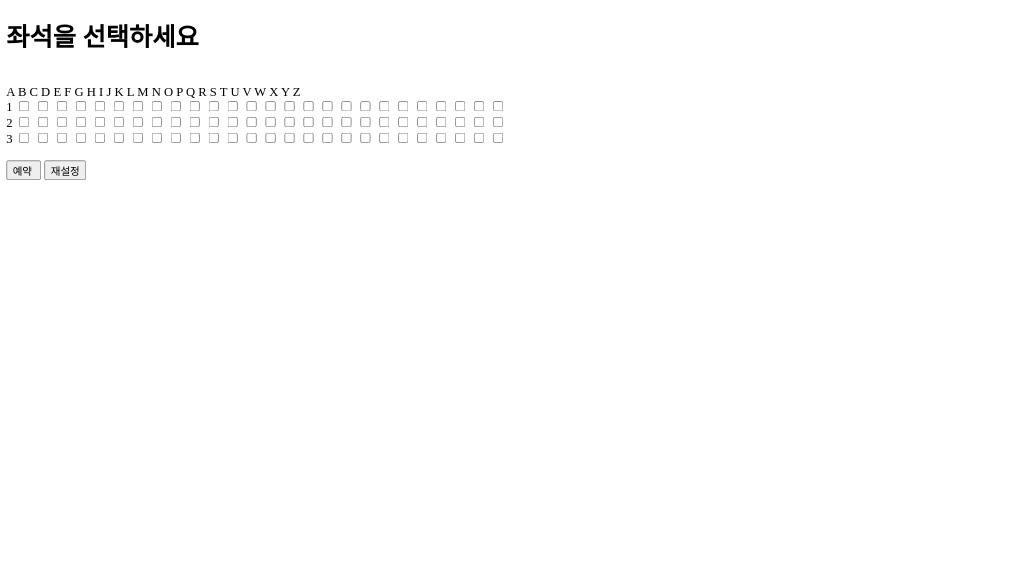
Repository: xxihyun0830/JSP
Page: http://localhost/Day3_getpost/concert_seat.jsp
An editor plug-in stored every save of this project. The page is shown before and after the next save, followed by the edit.
The browser window is 1280 px wide. The pictures show the whole page, at 79% of full size.
The page is served by Tomcat 9.

Above is the page before, as saved 2019-07-11 09:35:42.

After the next save:
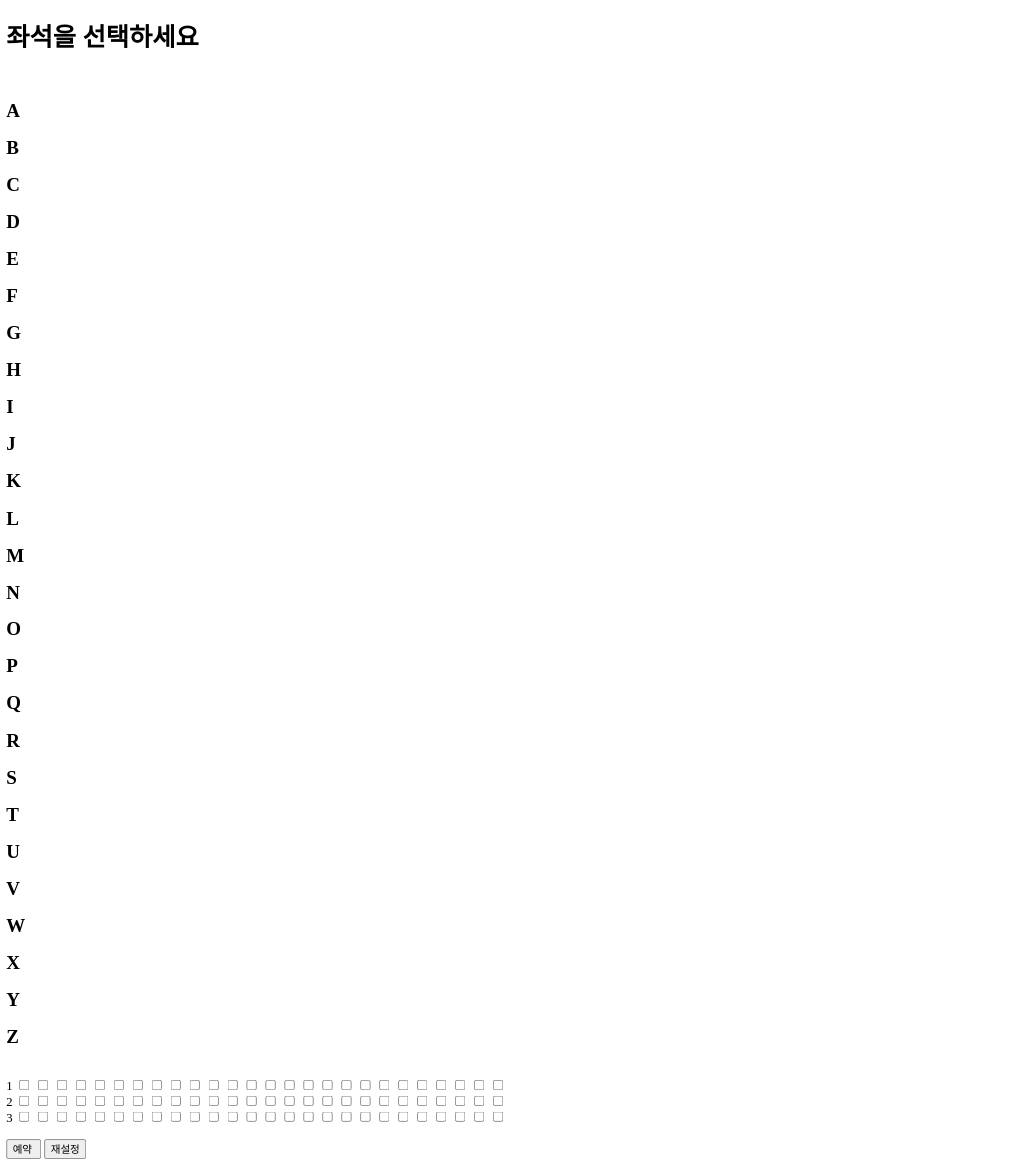
Saved 57 s later.
--- a/Day3_getpost/WebContent/concert_seat.jsp
+++ b/Day3_getpost/WebContent/concert_seat.jsp
@@ -14,7 +14,7 @@
 <br>
 <%
 for(char c= 'A'; c<='Z';c++){ %>
- <bold> <%= c %> </bold>
+ <h2> <%= c %> </h2>
 
 <%
  }%>
